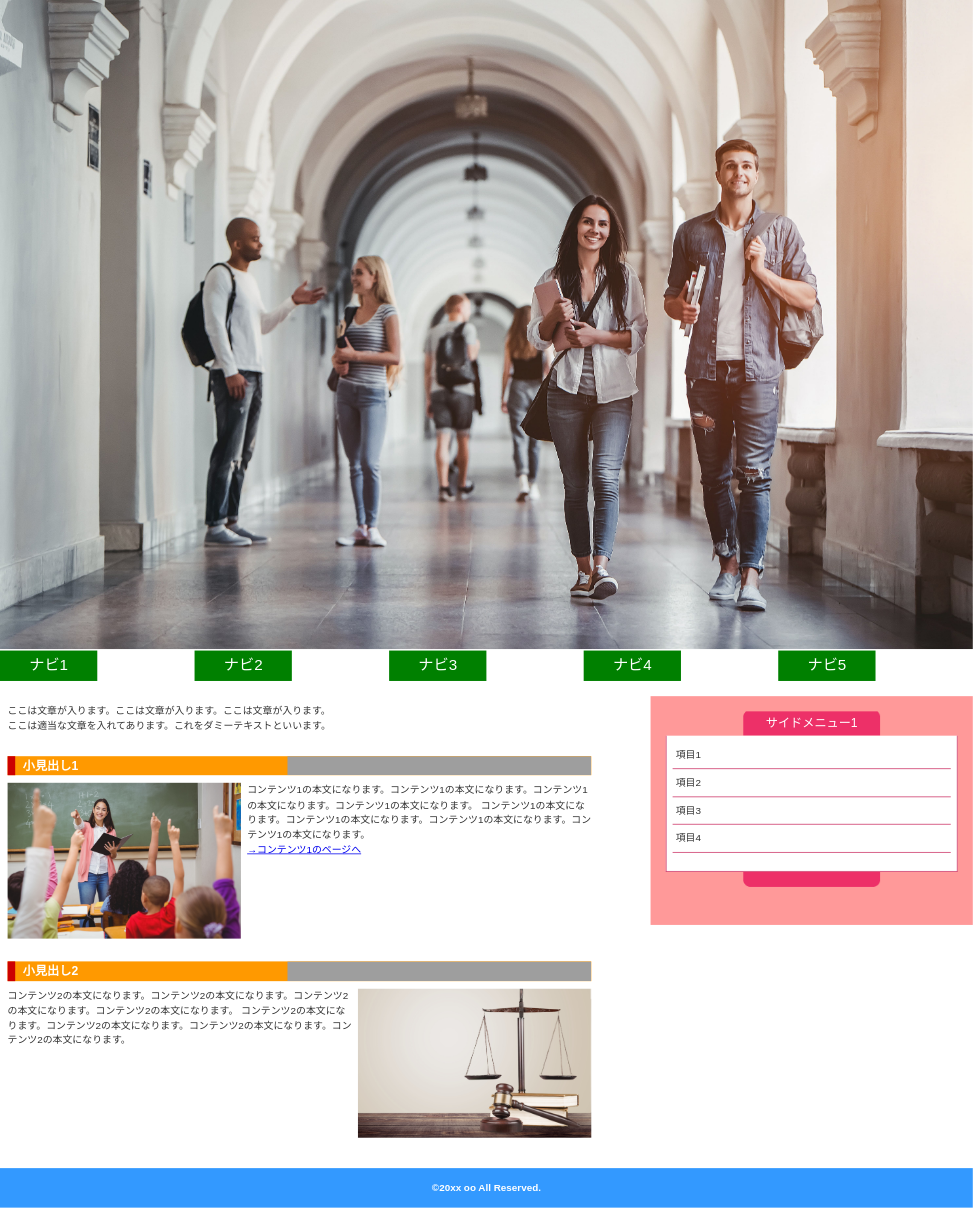
Repository: Ryota-Nonaka/samurai_HTML-CSS
Page: fuga/test.html
The author's editor kept a record of every edit. The page is drawn from the files as they stood at one moment, then again after the next edit.
The browser window is 1280 px wide. The pictures show the whole page, at 76% of full size.
Pictures or frames that could not be fetched are drawn as grey boxes.

Above is the page before.

### fuga/test.html
<!DOCTYPE html>
<html lang="ja">
 <head>
    <meta charset="UTF-8">
    <title>HTML/CSSの学習</title>
 <link rel="stylesheet" href="stylesheet.css">
 </head>
 <body>
    <div id="header">
        <h1><a href="index.html"><img id="corridor"
        src="images/corridor.jpg" alt="大学の廊下"/></a><h1>
    </div>
    <div id="wrapper">
          <div id="nav">
               <ul>
                   <li><a href="home.html">ナビ1</a><li>
                   <li><a href="#">ナビ2</a><li>
                   <li><a href="#">ナビ3</a><li>
                   <li><a href="#">ナビ4</a><li>
                   <li><a href="#">ナビ5</a><li>
                </ul>
             </div>
              <div id="container">
                <div id="main">
                 <div class="post">
                     <p>ここは文章が入ります。ここは文章が入ります。ここは文章が入ります。<br />ここは適当な文章を入れてあります。これをダミーテキストといいます。</p>
                 </div>
                 <div class="post clearfix">
                     <h2>小見出し1</h2>
                     <img class="left" src="images/classroom.jpg" alt="授業風景" />
                     <p>
                         コンテンツ1の本文になります。コンテンツ1の本文になります。コンテンツ1の本文になります。コンテンツ1の本文になります。
                         コンテンツ1の本文になります。コンテンツ1の本文になります。コンテンツ1の本文になります。コンテンツ1の本文になります。
                     </p>
                     <p><a href="#">→コンテンツ1のページへ</a></p>
                   </div>
                 <div class="post clearfix">

                     <h2>小見出し2</h2>
                     <img class="right" src="images/scale.jpg" alt="天秤"/>
                     <p>
                         コンテンツ2の本文になります。コンテンツ2の本文になります。コンテンツ2の本文になります。コンテンツ2の本文になります。
                         コンテンツ2の本文になります。コンテンツ2の本文になります。コンテンツ2の本文になります。コンテンツ2の本文になります。
                         </p>
                 </div>
               </div>
              </div>
              <div id="side">
                  <div class="box">
                      <h2>サイドメニュー1</h2>
                      <div class="boxBody">
                          <ul>
                              <li>項目1</li>
                              <li>項目2</li>
                              <li>項目3</li>
                              <li>項目4</li>
                          </ul>
                      </div>
                  </div>
              </div>
          </div>
        <div id="footer">
            <p>&copy;20xx oo All Reserved.</p>
            </div>
 </body>
</html>

### fuga/stylesheet.css
@charset "utf-8";

body{
    margin:0;
    padding:0;
    font-family: "ヒラギノ角ゴ Pro W3", "Hiragino Kaku Gothic Pro", "メイリオ", Meiryo, Osaka, "ＭＳ Ｐゴシック", "MS PGothic", sans-serif;
	color: #333;
	font-size: 13px;
    line-height:150%;
}

/*wrapper*/
#wrapper{
    width:100%;
    margin:auto;
    padding:0px;
    border:0px;
    background-color:#FFF;
    top:10px;
}

/*header*/
#header{
    width:100%;
}
#header h1{
    margin:0;
    padding:0;
}

#corridor{
    width:100%;
    height:auto;
}

/*footer*/
#footer{
    clear:both;
    width:100%;
    padding:3px 0 3px 0;
    background:#39F;
    color:#FFF;
    font-weight:bold;
    text-align:center;
}

/*nav*/
#nav{
    width:100%;
}
#nav ul{
    display: flex;
    margin:0;
    padding:0;
    list-style-type:none;
}
#nav ul li{
    width:20%;
    text-align: center;
}
#nav ul li a{
    display: block;
    height: 20px;
    margin: 0;
    padding: 10px;
    color: #FFF;
    font-size: 20px;
    text-decoration: none;
    background-color: green;
}

#nav ul li a:hover {
    filter: drop-shadow(10px 10px 10px black);
}

/*container*/
#container{
    width:100%;
    margin: auto;
    padding: auto;
    padding-top: 20px;
    clear: both;
}

/*main*/
#main{
    float: left;
    width: 60%;
    padding:10px 30px 10px 10px;
}
#main h2{
    margin: 0 0 10px 0;
    padding:3px 10px 3px 10px;
    color:#FFF;
    font-size:16px;
    border-left:solid 10px #C00;
    background: #F90 url(../images/main_h2.jpg) right top repeat-y;
}
#main p{
    margin: 0;
    padding: 0;
}
#main .post{
    margin:0 0 30px 0;
}
#main .post img.right{
    margin:0 0 0 8px;
}
#main .post img.left{
    margin:0 8px 0 0;
}
.right{
    float: right;
    width:40%;
    height:auto;
}
.left{
    float:left;
    width:40%;
    height:auto;
}

/*clearfix*/
.clearfix{
    zoom: 1;
}
.clearfix:after{
    content:"";
    display:block;
    clear:both;
}

/*side*/
#side{
    float:right;
    width:30%;
    padding:20px;
    background-color:#F99;
}
#side .box{
    margin: 0 auto 30px auto;
    padding: 0 0 20px 0;
    background: url(images/side_box.png) bottom no-repeat;
}
#side .box h2{
    margin: 0;
    padding: 8px;
    text-align: center;
    color: #fff;
    font-size: 16px;
    line-height: 16px;
    font-weight: normal;
    background: url(images/side_box_h2.png) center no-repeat;
}
#side .box .boxBody{
    padding: 8px;
    border-right: solid 1px #C36;
    border-bottom: solid 1px #C36;
    border-left:solid 1px #C36;
    background: #fff;
}
#side .box .boxBody ul{
    margin: 0 0 16px 0;
    padding: 0;
}
#side .box .boxBody ul li{
    padding: 8px 0 8px 4px;
    list-style: none;
    border-bottom: solid 1px #C36;
}

#side .box .boxBody ul li :hover {
    padding: 8px 0 8px 4px;
    list-style: none;
    border-bottom: solid 1px #C36;
    box-shadow: 0px 4px 4px rgba(0,0,0,0.3);
}

After the next edit:
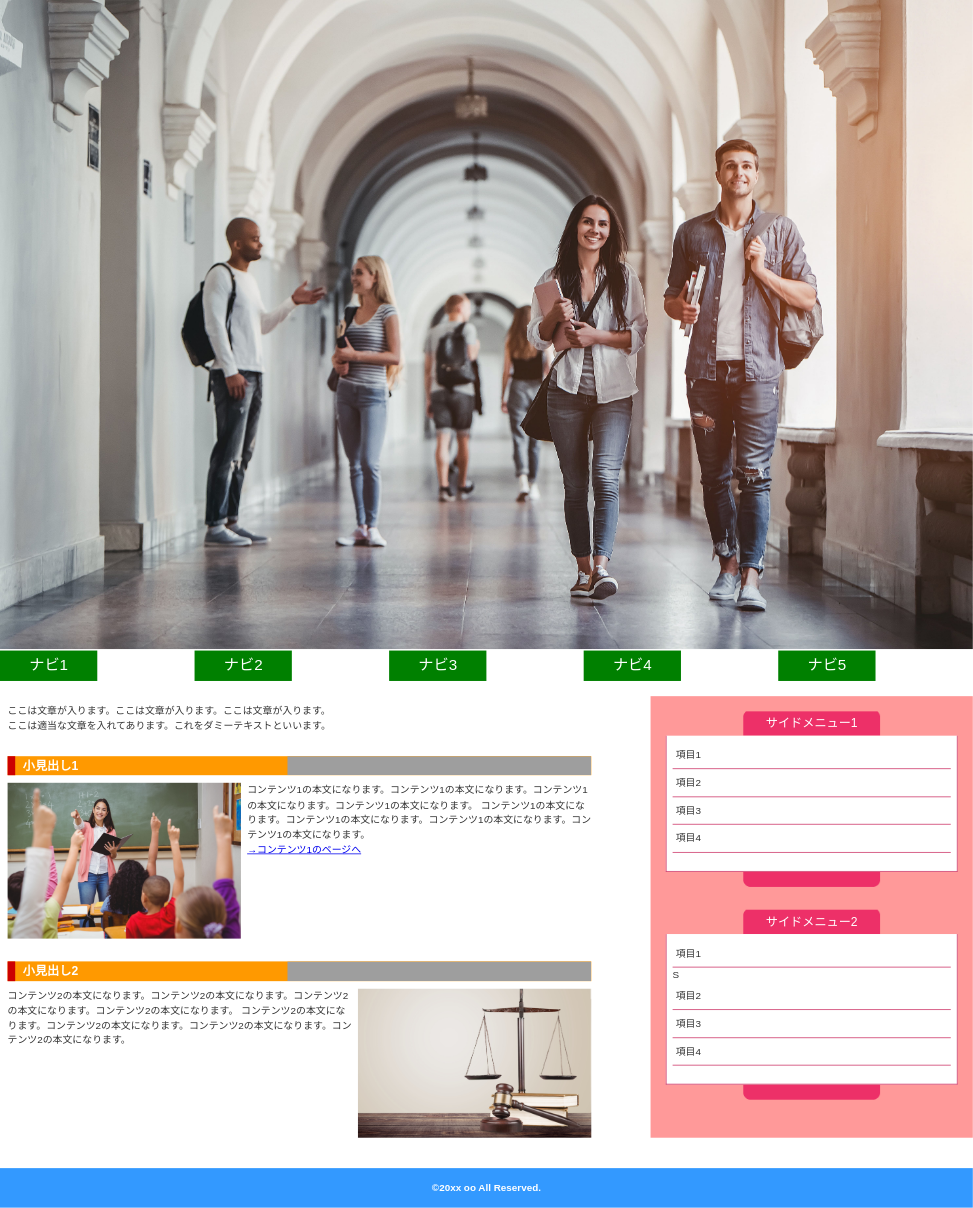
The edit:
--- a/fuga/test.html
+++ b/fuga/test.html
@@ -57,6 +57,17 @@
                           </ul>
                       </div>
                   </div>
+                  <div class="box">
+                      <h2>サイドメニュー2</h2>
+                      <div class="boxBody">
+                          <ul>
+                              <li>項目1</li>
+        S                      <li>項目2</li>
+                              <li>項目3</li>
+                              <li>項目4</li>
+                          </ul>
+                      </div>
+                  </div>
               </div>
           </div>
         <div id="footer">
